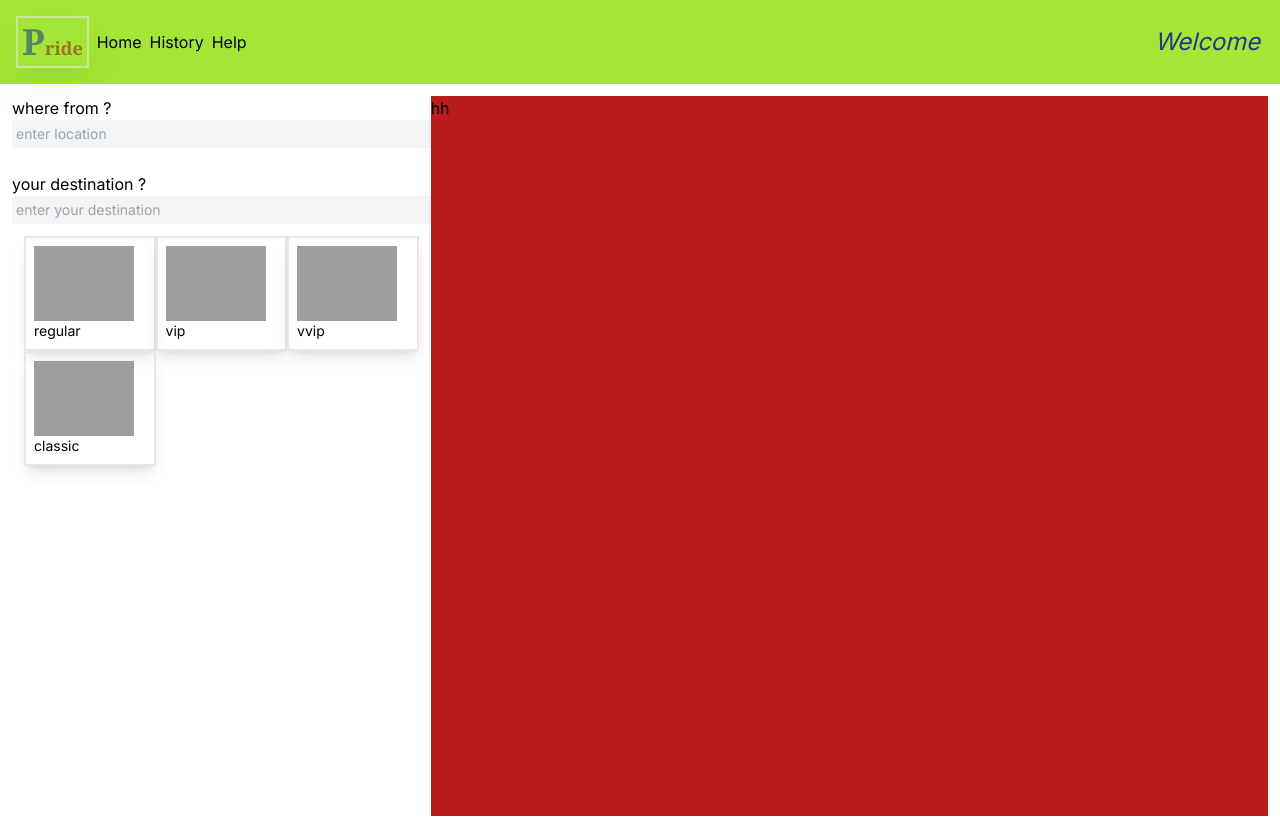
Repository: Semanmernstack/uber-mapbox
Page: /
These files come from the project's save history. The page is drawn as it stood at one moment and after the next save; the edit follows.
The browser window is 1280 px wide. The pictures show the whole page.
Pictures or frames that could not be fetched are drawn as grey boxes. The page's requests for data from a server got no answer. The project was rebuilt for these pictures with package versions that can differ from the ones it lists, and the page was loaded fresh each time. Some packages were replaced by stand-ins written for this rebuild. The framework's server and built-in components were replaced by stand-ins that run in the browser. No one was signed in, and anything a server would have sent is missing. Also part of the build but not shown: next.config.js.

Above is the page before, as saved 2023-08-16 07:19:36.

### app/layout.tsx
import './globals.css'
import type { Metadata } from 'next'
import { Inter } from 'next/font/google'
import Nav from './components/Nav'
import { ClerkProvider } from '@clerk/nextjs'

const inter = Inter({ subsets: ['latin'] })

export const metadata: Metadata = {
  title: 'Create Next App',
  description: 'Generated by create next app',
}

export default function RootLayout({
  children,
}: {
  children: React.ReactNode
}) {
  return (
    <ClerkProvider>
      <html lang="en">
        <body className={inter.className}> <Nav/>  {children}</body>
      </html>
    </ClerkProvider>
  )
}

### app/page.tsx
import Image from 'next/image'
import Booking from './components/Booking'
import Mapp from './components/Mapp'
import Cars from './components/Cars'

export default function Home() {
  return (
    <main className="p-3 gap  ">
      <div className="grid grid-cols-1 md:grid-cols-3   ">
        <div className=" h-[80%]">
          <Booking/>
          <Cars/>

        </div>
        <div className=" bg-red-700 col-span-2 h-screen">
          <Mapp/>
        </div>
      </div>
    </main>
  )
}

### app/components/Nav.tsx
import { UserButton, currentUser } from '@clerk/nextjs'
import React from 'react'

async function Nav() {
    const user = await currentUser()
  return (
    <div className="flex items-center justify-between p-4 bg-lime-400">
        <div className="flex items-center gap-2">

            <h1 className="font-extrabold shadow-2xl border-gray-200 border-2 p-1 font-serif text-2xl md:text-3xl lg:text-4xl animate-pulse text-blue-900">P<span className="text-lg animate-none font-bold text-red-800">ride</span></h1>
            <h2>Home</h2>
            <h2>History</h2>
            <h2>Help</h2>

        </div>
        <div className="flex gap-1 items-center">
            <h1 className="text-2xl text-blue-900 italic">Welcome</h1>
            <h1 className='hidden md:inline-flex'>{user?.firstName}</h1>
            <UserButton/>
        </div>
    </div>
  )
}

export default Nav

### app/components/Booking.tsx
import React from 'react'
import BookingInput from './BookingInput'

function Booking() {
  return (
    <div className="">
        <BookingInput/>

    </div>
  )
}

export default Booking

### app/components/Mapp.tsx
"use client"


import React from 'react'
import Map from 'react-map-gl';
function Mapp() {
  return (
    <div>
      <h1>hh</h1>



    </div>
  )
}

export default Mapp

### app/components/Cars.tsx
import React from 'react'
import CarsLi from './CarsLi'
import Image from 'next/image'

function Cars() {
    const data = [
        {
          id: 1,

          value: "regular",
          pics: "https://cdn.pixabay.com/photo/2016/04/01/12/16/car-1300629_1280.png",
        },

        {
          id: 2,

          value: "vip",
          pics: "https://cdn.pixabay.com/photo/2017/03/27/14/56/auto-2179220_640.jpg",
        },

        {
          id: 3,

          value: "vvip",
          pics: "https://cdn.pixabay.com/photo/2014/09/07/22/34/car-race-438467_640.jpg",
        },

        {
          id: 4,
          value: "classic",
          pics: "https://cdn.pixabay.com/photo/2013/07/13/11/44/car-158548_640.png",
        },
      ]

  return (
    <div className="grid grid-cols-2 md:grid-cols-3 p-3">
        {data?.map((d, index) => (
            <div key={index}
            className="shadow-lg gap-2 p-2  border-2"
            >
                <Image
                    src={d.pics}
                    alt="pic"
                    height={100}
                    width={100}
                    className="object-contain "
                />
                <h2 className='text-sm'>{d.value}</h2>





            </div>


        ))}

    </div>
  )
}

export default Cars

### app/components/BookingInput.tsx
"use client"

import React, { useEffect, useState } from 'react'

function BookingInput() {
    const [where, setWhere] = useState<any>()
    const [to, setTo] = useState<any>()
    const [lists, setLists] = useState<any>([])

    useEffect(() => {
        getAdress()

    }, [where, to])

    const getAdress = async () => {
        setLists([])
        const res = await fetch('api/search-map?q='+where, {
            headers:{
                "Content-Type": "application/json",
            }

        })
        const re = await res.json()
        setLists(re)

    }
  return (
    <div className="flex flex-col gap-6 relative">
        <div>
            <label> where from ?</label>
            <input type="text" placeholder='enter location'
                value={where}
                onChange={(e) => setWhere(e.target.value)}
                className="border-1 w-full text-sm outline-none bg-gray-100 focus:border-gray-700 p-1"
            />
            {lists?.suggestions?
                <div >
                    {lists?.suggestions.map((item:any, index:number) => (
                        <h2 className='text-sm cursor-pointer gap-1 shadow-2xl' onClick={() =>{ setWhere(item.full_address), setLists([])}}
                         >{item.full_address}</h2>
                    ))}
                </div> : null

            }


        </div>

        <div>
            <label> your destination ?</label>

            <input type="text" placeholder='enter your destination'
                value={to}
                onChange={(e) => setTo(e.target.value)}
                className="border-1 w-full text-sm outline-none bg-gray-100 focus:border-gray-700 p-1"
            />
            {lists?.suggestions?
                <div >
                    {lists?.suggestions.map((item:any, index:number) => (
                        <h2 className='text-sm cursor-pointer shadow-2xl' onClick={() =>{ setTo(item.full_address), setLists([])}}
                         >{item.full_address}</h2>
                    ))}
                </div> : null

            }

        </div>
    </div>
  )
}

export default BookingInput

Loaded but not shown: app/globals.css (common file); tailwind.config.ts (common file)

After the next save:
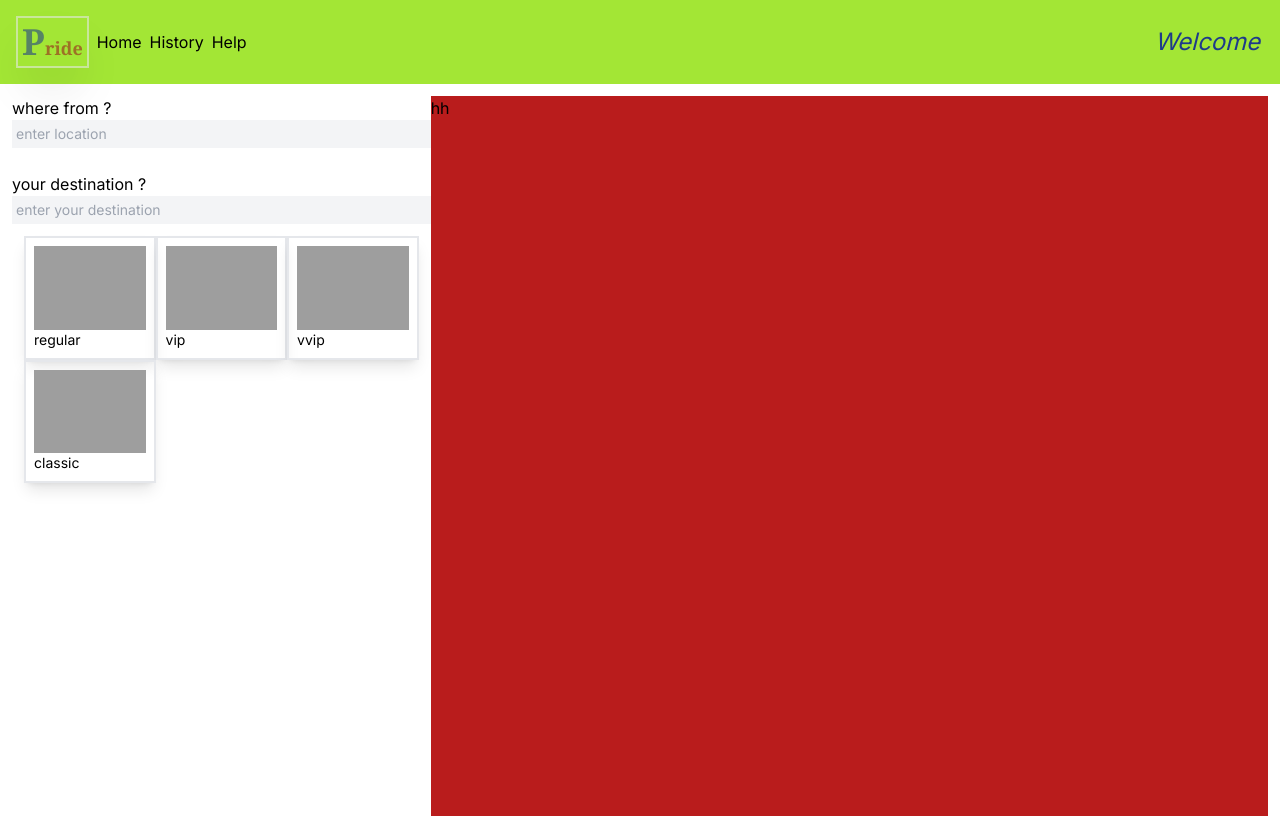
Saved 22 s later.
--- a/app/components/Cars.tsx
+++ b/app/components/Cars.tsx
@@ -41,8 +41,8 @@
                 <Image
                     src={d.pics}
                     alt="pic"
-                    height={100}
-                    width={100}
+                    height={150}
+                    width={150}
                     className="object-contain "
                 />
                 <h2 className='text-sm'>{d.value}</h2>
